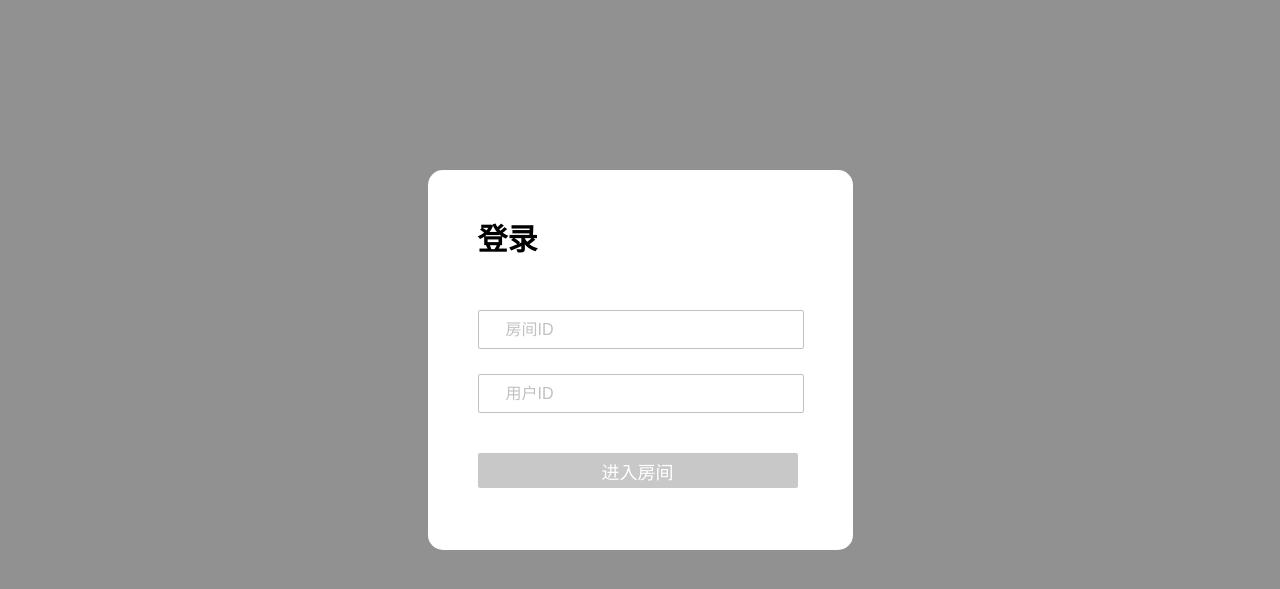
Repository: sjtu-course/homework
Page: GongZening/Week2/Web/LoginPage.html
These files come from the project's save history. The page is drawn as it stood at one moment and after the next save; the edit follows.
The browser window is 1280 px wide. The pictures show the whole page.

Above is the page before, as saved 2020-11-07 17:20:29.

### GongZening/Week2/Web/LoginPage.html
<!DOCTYPE html>
<html>
    <head>
        <meta charset="utf-8">
        <title>LoginPage</title>
        <style>
            input::-webkit-input-placeholder{
                color:#c1c1c1;
                font-size: 16px;
                padding-left: 25px;
            }
        </style>
        <link rel="stylesheet" type="text/css" href="css/Round_Rect.css" />
        <link rel="stylesheet" type="text/css" href="css/Login.css" />
        <link rel="stylesheet" type="text/css" href="css/Edit_Text.css" />
        <link rel="stylesheet" type="text/css" href="css/Button.css" />
    </head>

    <body style="background-color: #919191;">
        <div id="round_rect">
            <h1 id="login">登录</h1>
            <input type="text" class="edit_text" placeholder="房间ID" style="margin-top: 45px;">
            <input type="text" class="edit_text" placeholder="用户ID" style="margin-top: 25px;">
            <button class="button">进入房间</button>
        </div>
    </body>
</html>

### GongZening/Week2/Web/css/Round_Rect.css
@charset "utf-8";
#round_rect{
	width: 425px;
	height: 380px;
	background-color: white;
	/* 圆角大小 */
	border-radius: 15px;
	/* 位置居中 */
	position: absolute;
	margin: auto;
	top: 0;
	right: 0;
	left: 0;
	bottom: 0;
}

### GongZening/Week2/Web/css/Login.css
@charset "utf-8";
#login{
    font-size: 30px;
    color: black;
    margin-top: 45px;
    margin-left: 50px;
    height: 30px;
}

### GongZening/Week2/Web/css/Edit_Text.css
@charset "utf-8";
.edit_text{
    width: 320px;
    height: 35px;
    margin-left: 50px;
    border-radius: 2px;
    border:1px solid #c1c1c1;
    font-size: 16px;
}

### GongZening/Week2/Web/css/Button.css
@charset "utf-8";
.button{
    width: 320px;
    height: 35px;
    margin-left: 50px;
    margin-top: 40px;
    border-radius: 2px;
    background-color: #c8c8c8;
    color: white;
    border:1px solid #c8c8c8;
    font-size: 18px;
}

After the next save:
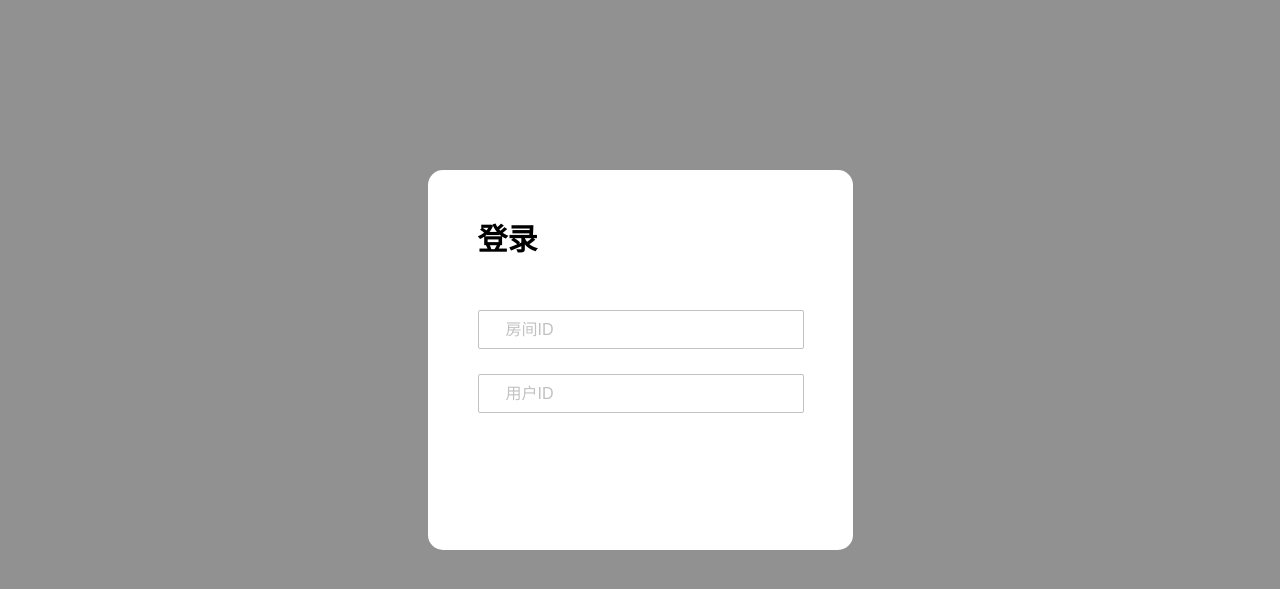
Saved 45 h 57 min later.
--- a/GongZening/Week2/Web/LoginPage.html
+++ b/GongZening/Week2/Web/LoginPage.html
@@ -21,7 +21,7 @@
             <h1 id="login">登录</h1>
             <input type="text" class="edit_text" placeholder="房间ID" style="margin-top: 45px;">
             <input type="text" class="edit_text" placeholder="用户ID" style="margin-top: 25px;">
-            <button class="button">进入房间</button>
+            <!-- <button class="button">进入房间</button> -->
         </div>
     </body>
 </html>

After the save that followed:
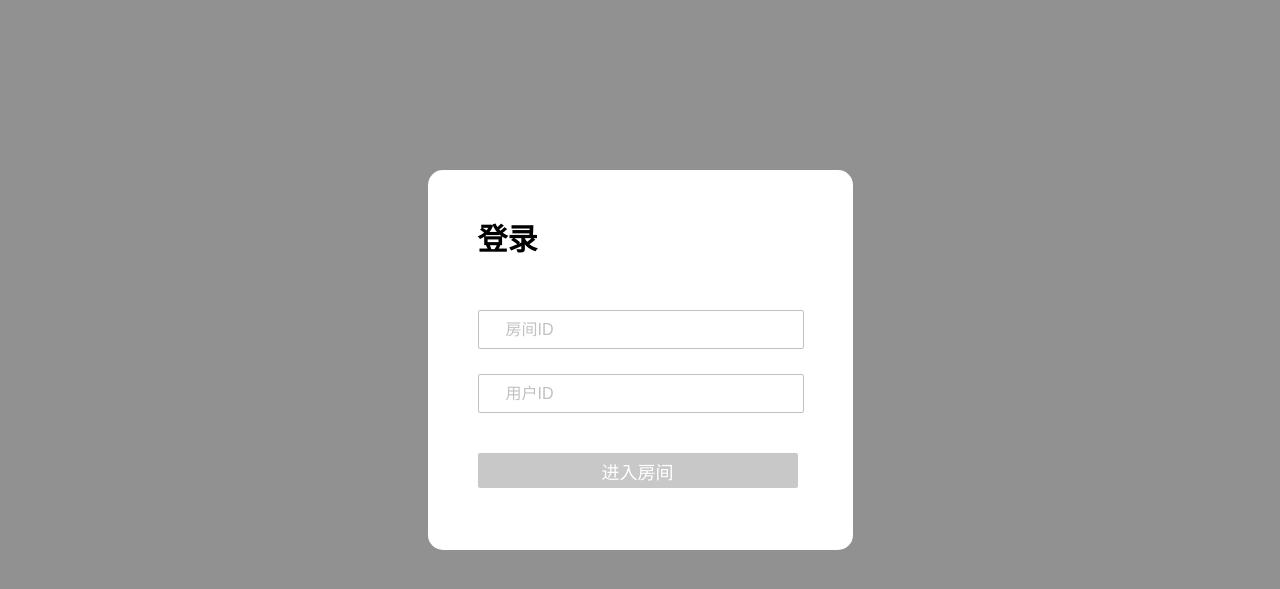
Saved 4 s later.
--- a/GongZening/Week2/Web/LoginPage.html
+++ b/GongZening/Week2/Web/LoginPage.html
@@ -21,7 +21,7 @@
             <h1 id="login">登录</h1>
             <input type="text" class="edit_text" placeholder="房间ID" style="margin-top: 45px;">
             <input type="text" class="edit_text" placeholder="用户ID" style="margin-top: 25px;">
-            <!-- <button class="button">进入房间</button> -->
+            <button class="button">进入房间</button>
         </div>
     </body>
 </html>
